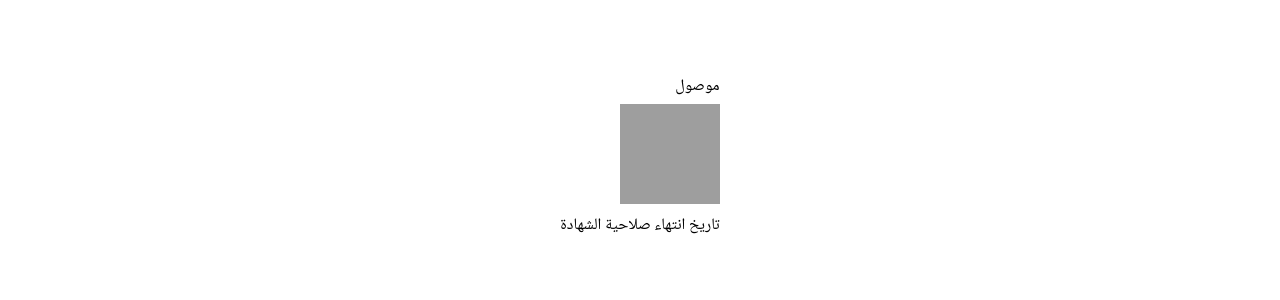
Repository: khanshakiil/ArabicHTMLToPDF
Page: HospitalFrontDesk/src/main/resources/html.html
An editor plug-in stored every save of this project. The page is shown before and after the next save, followed by the edit.
The browser window is 1280 px wide. The pictures show the whole page.
Pictures or frames that could not be fetched are drawn as grey boxes.

Above is the page before, as saved 2020-03-05 20:07:20.

### HospitalFrontDesk/src/main/resources/html.html
<!DOCTYPE html>
<html>

<head>
<style>
table {
margin: 60px;
padding: 10px;

}
tr{
align: middle;
}

#qrCode{
width: 100px;
height: 100px;
}
</style>

</head>

<body>
<center>
<table style="align-items: center">
<tr><td dir="rtl" style="font-family: Noto Naskh Arabic">موصول</td></tr>
<tr><td dir="rtl"><img src="E:\\qrcode.png" id="qrCode"></img></td> </tr>
<tr><td dir="rtl" style="font-family: Noto Naskh Arabic">تاريخ انتهاء صلاحية الشهادة </td></tr>

</table></center>
</body>

</html>

After the next save:
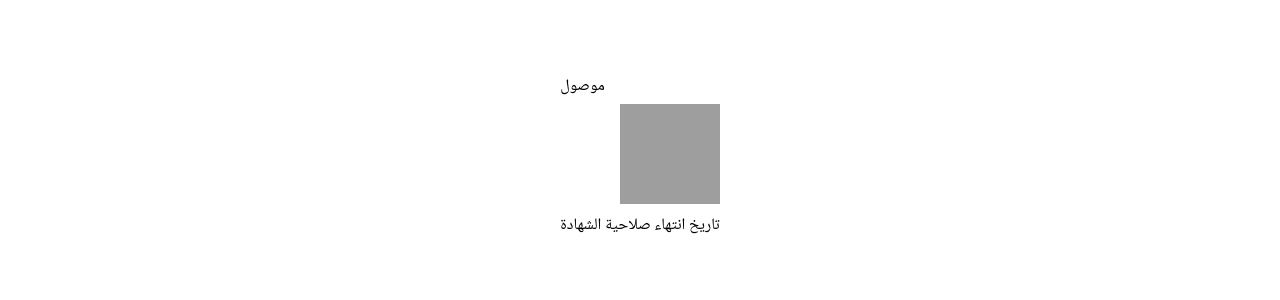
Saved 16 s later.
--- a/HospitalFrontDesk/src/main/resources/html.html
+++ b/HospitalFrontDesk/src/main/resources/html.html
@@ -23,7 +23,7 @@ height: 100px;
 <body>
 <center>
 <table style="align-items: center">
-<tr><td dir="rtl" style="font-family: Noto Naskh Arabic">موصول</td></tr>
+<tr align="left"><td dir="rtl" style="font-family: Noto Naskh Arabic">موصول</td></tr>
 <tr><td dir="rtl"><img src="E:\\qrcode.png" id="qrCode"></img></td> </tr>
 <tr><td dir="rtl" style="font-family: Noto Naskh Arabic">تاريخ انتهاء صلاحية الشهادة </td></tr>
 
